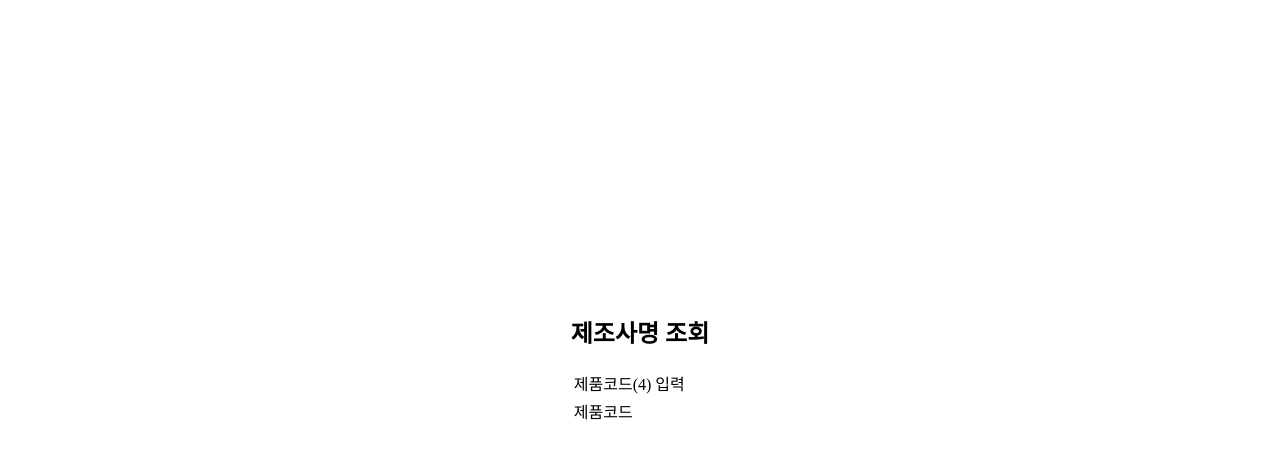
Repository: dlrjsgh367/SW-L5-20V1
Page: SW-L5-20V1/WebContent/task2.html
The author's editor kept a copy of each file at every save. The page is drawn from the files as they stood at one save, then again after the next save.
The browser window is 1280 px wide. The pictures show the whole page.

Above is the page before, as saved 2025-01-12 08:19:47.

After the next save:
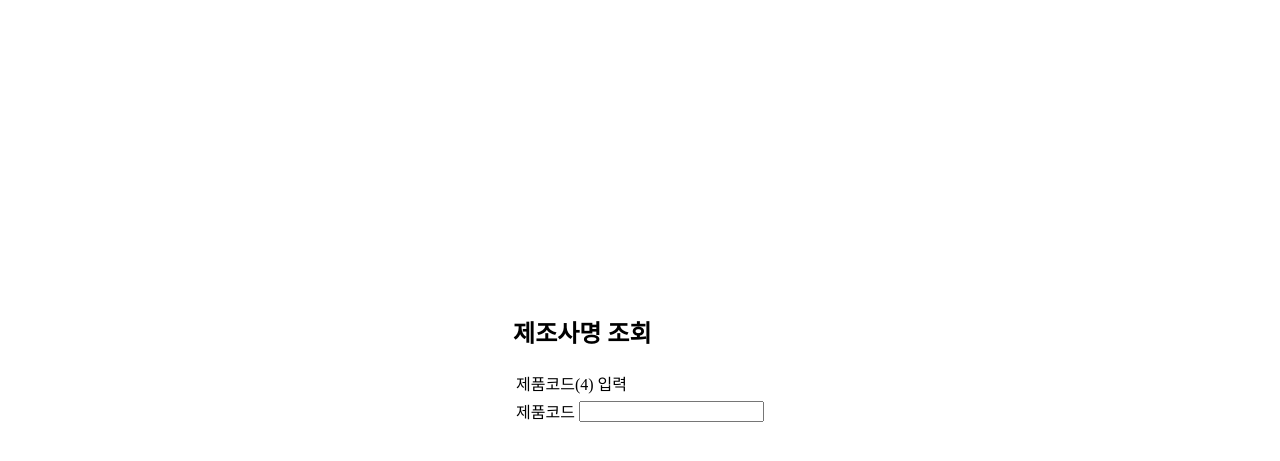
Saved 12 s later.
--- a/SW-L5-20V1/WebContent/task2.html
+++ b/SW-L5-20V1/WebContent/task2.html
@@ -14,6 +14,7 @@
         </tr>
         <tr>
           <td>제품코드</td>
+          <td><input/></td>
         </tr>
       </table>
     </div>
